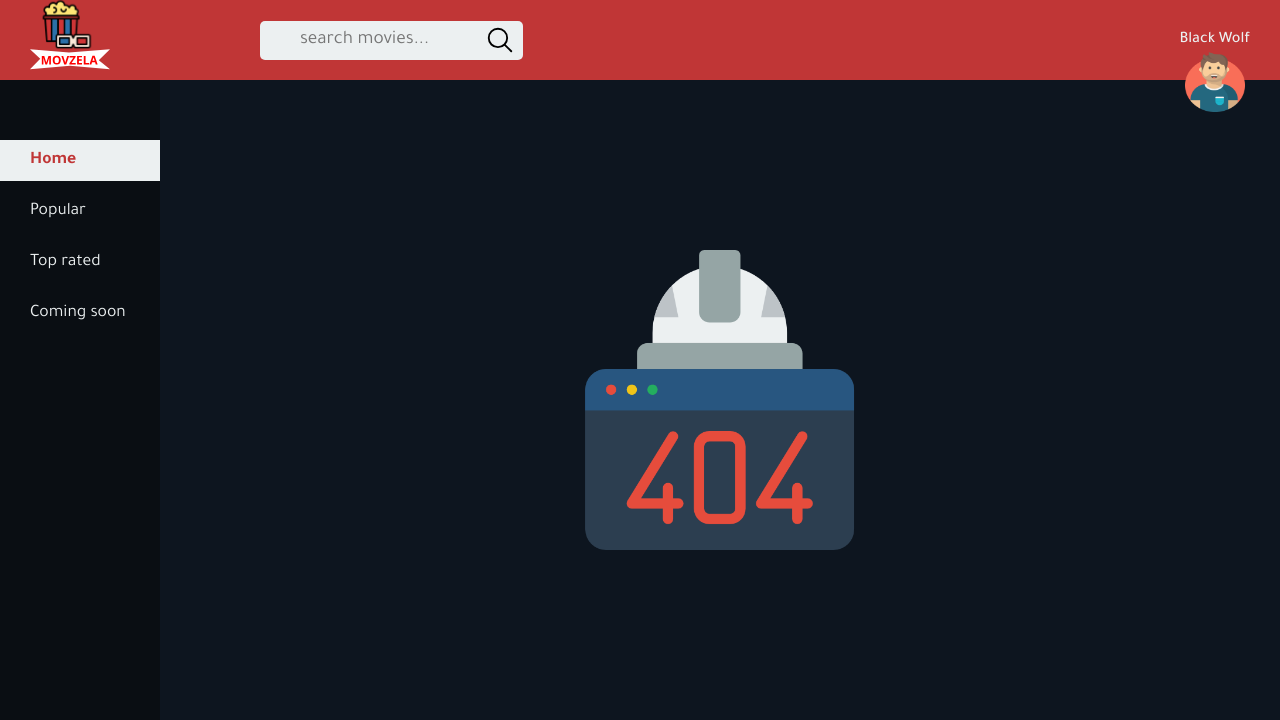
Repository: AbdalrahmanEldeep/MOVZELA
Page: /
These files come from the project's save history. The page is drawn as it stood at one moment and after the next save; the edit follows.
The browser window is 1280 px wide. The pictures show the whole page.
The page's requests for data from a server got no answer. The project was rebuilt for these pictures with package versions that can differ from the ones it lists, and the page was loaded fresh each time. No one was signed in, and anything a server would have sent is missing. Also part of the build but not shown: src/components/pages/page.css, src/components/pages/Page.js, src/components/shadow/shadow.css, src/components/shadow/Shadow.js, src/components/card/card.css, src/components/card/Card.js, src/components/stack/stack.css, src/components/stack/Stack.js and 3 more.

Above is the page before, as saved 2023-01-28 05:57:52.

After the next save:
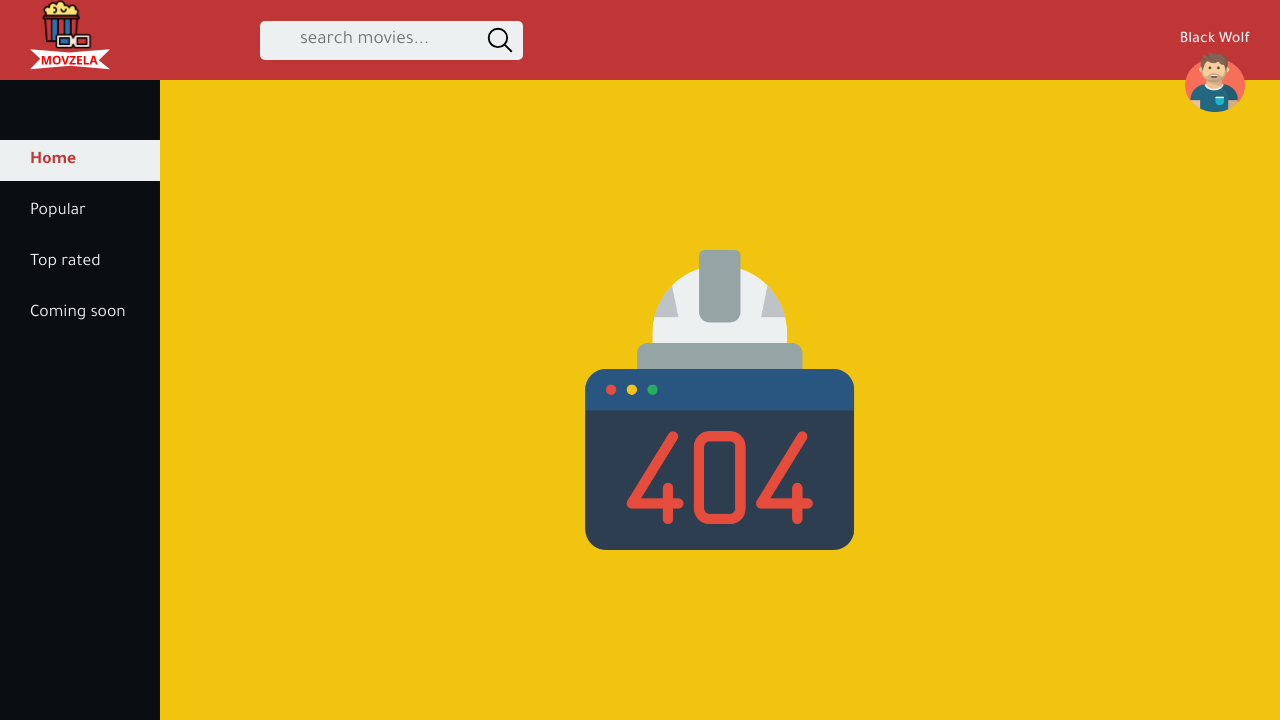
Saved 33 s later.
--- a/src/components/Home/Home.js
+++ b/src/components/Home/Home.js
@@ -2,6 +2,7 @@
 import { useContext } from 'react'
 import { CircleLoader } from 'react-spinners';
 import  {MainData} from '../context/Context';
+import { Loader } from '../Loader/Loader';
 import { Nav } from '../nav/Nav';
 import { NotFound } from '../NotFound/NotFound';
 import { Page } from '../pages/Page';
@@ -25,5 +26,7 @@
         <Side status={slide__status} setSlide = {setSlide}/>
         {data.length > 1 ? <><Stack/><Shadow/><Page/></> :<NotFound/>}
      </div>
-    </> : <div className='loader'><CircleLoader size={100} className='Loading' color="#ffd32a" /></div>}
+    </> : <div className='loader'><Loader/></div>}
 }
+
+{/* <CircleLoader size={100} className='Loading' color="#ffd32a" /> */}

After the 2 saves that followed:
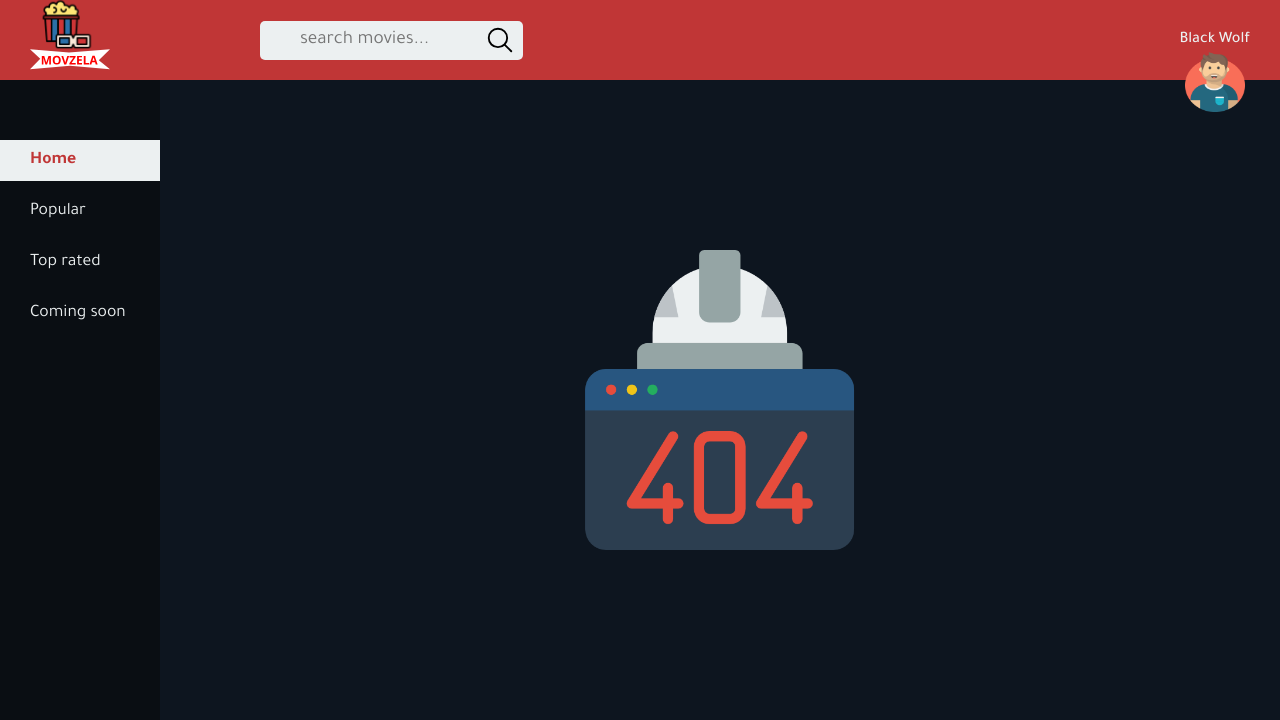
The 2 saves are shown as one change because 1 left the picture as it was.
The last was saved 31 s later.
--- a/src/components/Home/Home.js
+++ b/src/components/Home/Home.js
@@ -28,5 +28,3 @@
      </div>
     </> : <div className='loader'><Loader/></div>}
 }
-
-{/* <CircleLoader size={100} className='Loading' color="#ffd32a" /> */}
--- a/src/components/Loader/Loader.css
+++ b/src/components/Loader/Loader.css
@@ -1,9 +1,4 @@
 @import url(https://fonts.googleapis.com/css?family=Open+Sans:300);
-body {
-  background-color: #f1c40f;
-  overflow: hidden;
-}
-
 h1 {
   position: absolute;
   font-family: "Open Sans";
